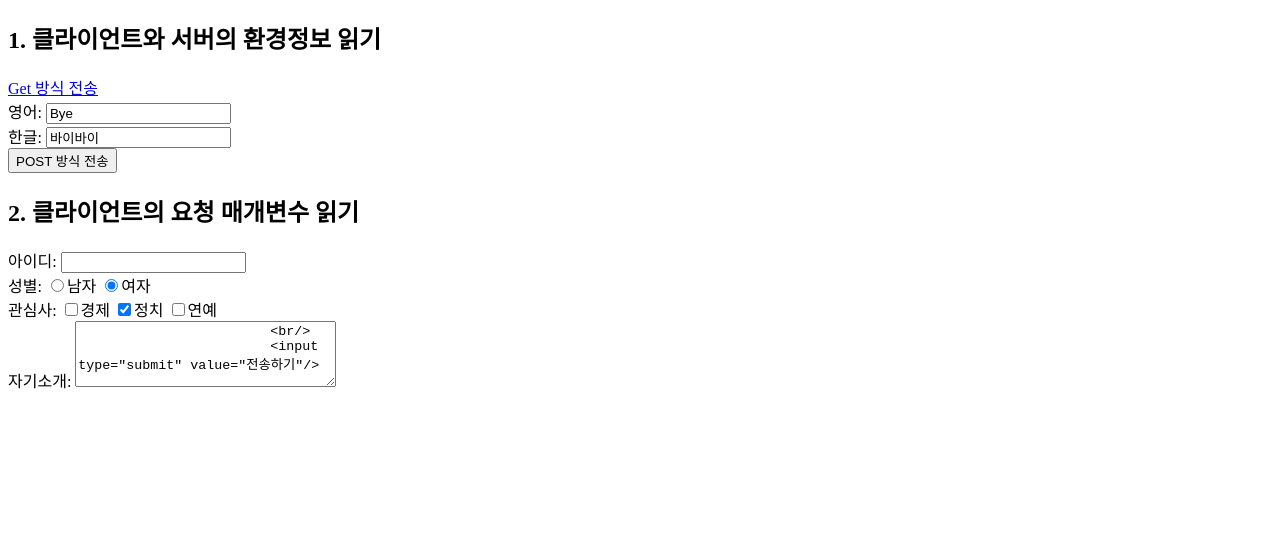
Repository: bhj305/JSP_Servlet
Page: http://localhost/MustHaveJSP/02ImplicitObject/RequestMain.jsp
The author's editor kept a copy of each file at every save. The page is drawn from the files as they stood at one save, then again after a run of saves.
The browser window is 1280 px wide. The pictures show the whole page.
The page is served by Tomcat 10.

Above is the page before, as saved 2025-05-02 05:53:54.

After the next 3 saves:
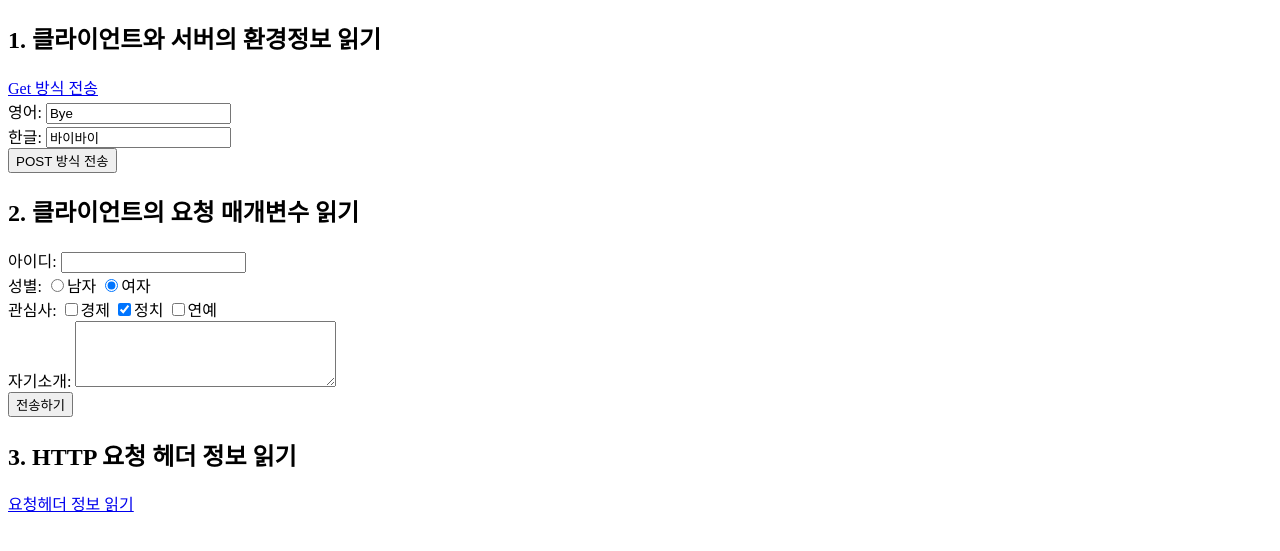
The 3 saves are shown as one change because they came seconds apart.
The last was saved 80 s later.
--- a/MustHaveJSP/src/main/webapp/02ImplicitObject/RequestMain.jsp
+++ b/MustHaveJSP/src/main/webapp/02ImplicitObject/RequestMain.jsp
@@ -30,9 +30,15 @@
 
 			자기소개:
 			<textarea rows="4" cols="30" name="intro">
+			</textarea>
 			<br/>
 			<input type="submit" value="전송하기"/>
-			</textarea>
+
 		</form>
+
+		<h2>3. HTTP 요청 헤더 정보 읽기 </h2>
+		<a href="RequestHeader.jsp">
+			요청헤더 정보 읽기
+		</a>
 	</body>
 </html>
